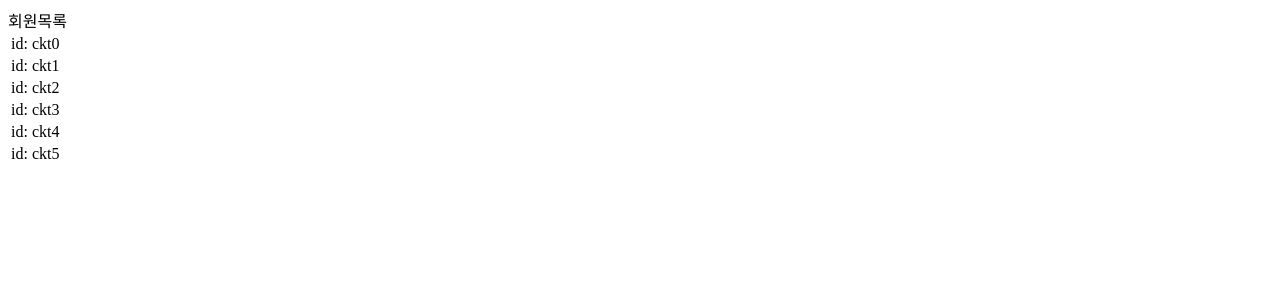
Repository: KyungGon-Lee/MiracomLast
Page: http://localhost/HelloMVCTest/listmember.do
The author's editor kept a copy of each file at every save. The page is drawn from the files as they stood at one save, then again after the next save.
The browser window is 1280 px wide. The pictures show the whole page.
The page is served by Tomcat 9. Other server files are loaded and not shown.

Above is the page before, as saved 2018-07-11 05:47:33.

### HelloMVCTest/src/main/webapp/WEB-INF/views/listmember.jsp
<%@ page language="java" contentType="text/html; charset=utf-8"
    pageEncoding="utf-8"%>
<%@taglib prefix="c" uri="http://java.sun.com/jstl/core_rt" %>
<!DOCTYPE html>
<html>
<head>
<meta charset="EUC-KR">
<title>Insert title here</title>
</head>
<body>
회원목록<br>


<table>

<c:forEach var="mem" items="${lists}">
	<tr>
		<td>id: ${mem.id} </td>
	</tr>


</c:forEach>
</table>

</body>
</html>

### HelloMVCTest/src/main/java/com/spring/miracom/Member.java
package com.spring.miracom;

public class Member {
	String id;
	String pwd;
	String name;
	String gender;
	String hobby;

	public Member(){
	}

	public Member(String id, String pwd, String name, String gender, String hobby) {
		this.id = id;
		this.pwd = pwd;
		this.name = name;
		this.gender = gender;
		this.hobby = hobby;
	}

	public String getId() {
		return id;
	}
	public void setId(String id) {
		this.id = id;
	}
	public String getPwd() {
		return pwd;
	}
	public void setPwd(String pwd) {
		this.pwd = pwd;
	}
	public String getName() {
		return name;
	}
	public void setName(String name) {
		this.name = name;
	}
	public String getGender() {
		return gender;
	}
	public void setGender(String gender) {
		this.gender = gender;
	}
	public String getHobby() {
		return hobby;
	}
	public void setHobby(String hobby) {
		this.hobby = hobby;
	}

}

After the next save:
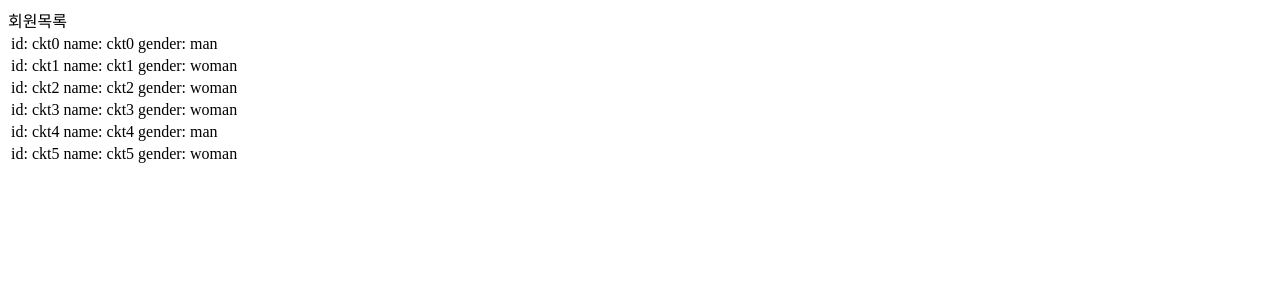
Saved 41 s later.
--- a/HelloMVCTest/src/main/webapp/WEB-INF/views/listmember.jsp
+++ b/HelloMVCTest/src/main/webapp/WEB-INF/views/listmember.jsp
@@ -16,8 +16,9 @@
 <c:forEach var="mem" items="${lists}">
 	<tr>
 		<td>id: ${mem.id} </td>
+		<td>name: ${mem.name} </td>
+		<td>gender: ${mem.gender} </td>
 	</tr>
-
 
 </c:forEach>
 </table>
